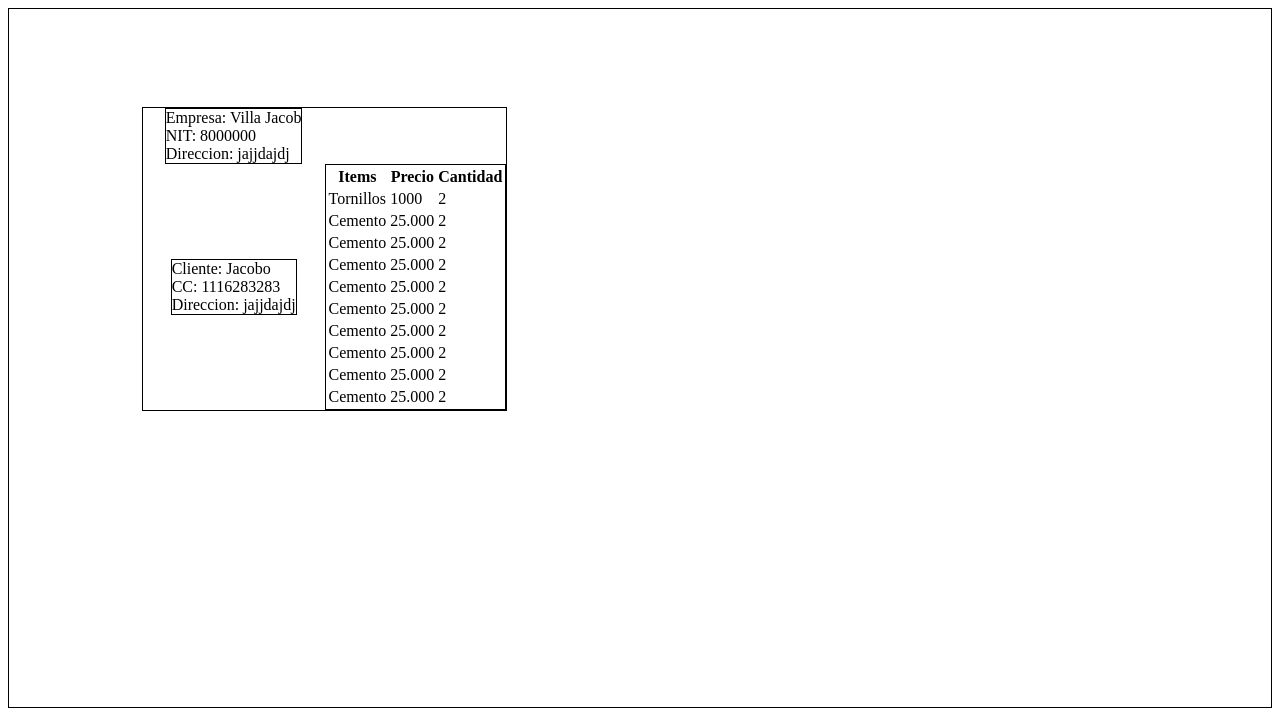
Repository: MrVanQish/FacturaEstructura
Page: index.html
An editor plug-in stored every save of this project. The page is shown before and after a run of saves, followed by the edit.
The browser window is 1280 px wide. The pictures show the whole page.

Above is the page before, as saved 2021-09-29 10:13:51.

After the next 3 saves:
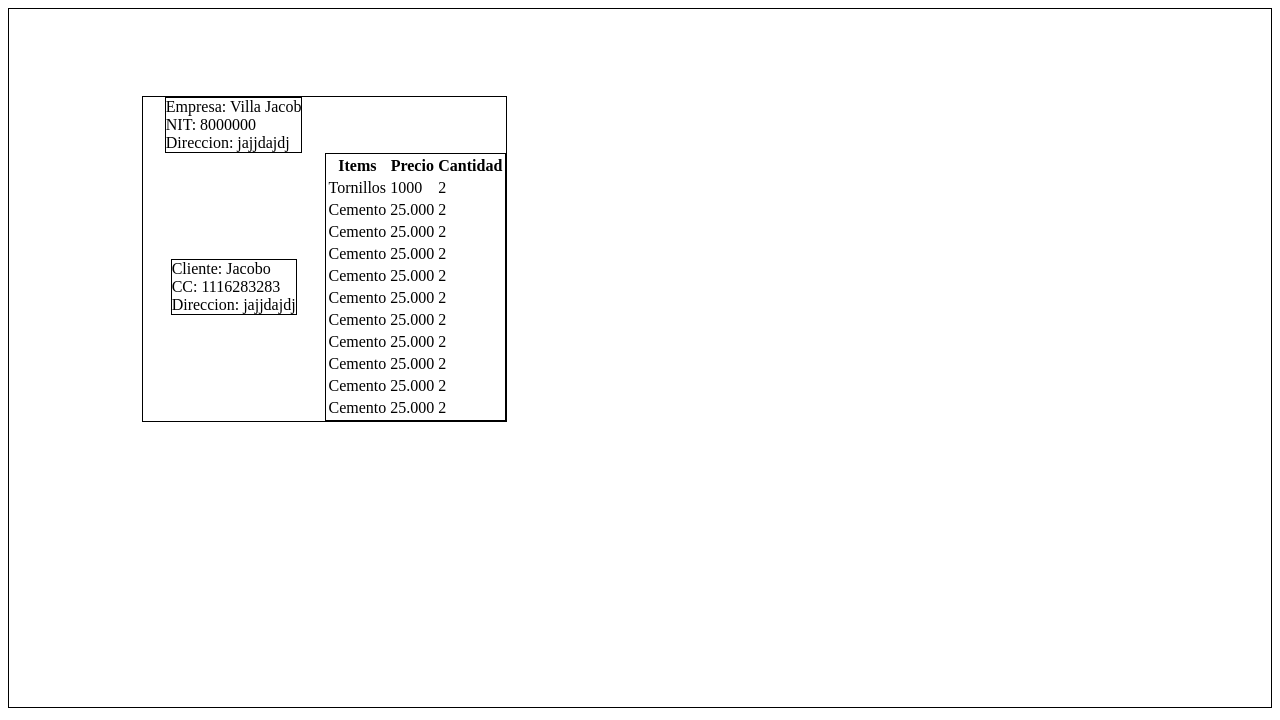
The 3 saves are shown as one change because they came seconds apart.
The last was saved 58 s later.
--- a/index.html
+++ b/index.html
@@ -144,6 +144,16 @@
 
                           </tr>
 
+                          <tr>
+
+                            <td>Cemento</td>
+
+                            <td>25.000</td>
+
+                            <td>2</td>
+
+                          </tr>
+
 
 
 
